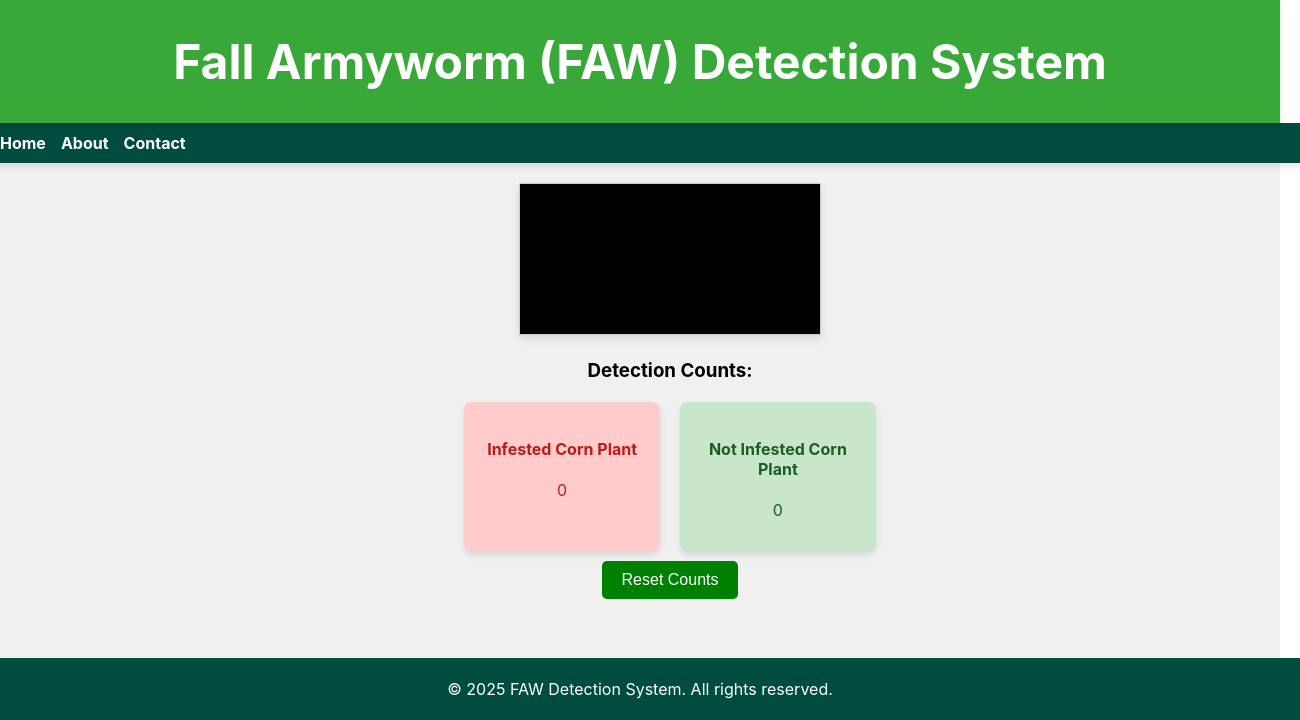
Repository: jansen223/faw-detection-main
Page: /
The author's editor kept a copy of each file at every save. The page is drawn from the files as they stood at one save, then again after the next save.
The browser window is 1280 px wide. The page is 1300 px wide, so the pictures cover 1300 px, including what lies to the right of the window. The pictures show the whole page.
The page's requests for data from a server got no answer. The project was rebuilt for these pictures with package versions that can differ from the ones it lists, and the page was loaded fresh each time. No one was signed in, and anything a server would have sent is missing.

Above is the page before, as saved 2025-04-10 00:31:33.

### public/index.html
<!DOCTYPE html>
<html lang="en">
<head>
  <meta charset="utf-8" />
  <link rel="icon" href="%PUBLIC_URL%/maize_icon.jpg" />
  <meta name="viewport" content="width=device-width, initial-scale=1" />
  <meta name="theme-color" content="#000000" />
  <meta name="description" content="FAW Detection Web Interface" />
  <title>FAW Detection</title>
</head>
<body>
  <noscript>You need to enable JavaScript to run this app.</noscript>
  <div id="root"></div>
</body>
</html>

### src/App.js
import React, { useEffect, useRef } from 'react';
import { BrowserRouter as Router, Routes, Route, Link } from 'react-router-dom';
import io from 'socket.io-client';
import './App.css';

function Home({ canvasRef, counts, resetCounts }) {
  return (
    <div className="App-content">
      <canvas ref={canvasRef} style={{ maxWidth: '100%', border: '1px solid #ccc' }} />
      <div style={{ marginTop: 20 }}>
        <h3>Detection Counts:</h3>
        <div className="detection-cards">
          <div className="card infested">
            <h4>Infested Corn Plant</h4>
            <p>{counts.infested}</p>
          </div>
          <div className="card not-infested">
            <h4>Not Infested Corn Plant</h4>
            <p>{counts.notInfested}</p>
          </div>
        </div>
        <button onClick={resetCounts} className="reset-button">
          Reset Counts
        </button>
      </div>
    </div>
  );
}

function About() {
  return (
    <div className="App-content" style={{ padding: '20px' }}>
      <h2>About</h2>
      <p>This web app is designed to detect Fall Armyworm infestations in corn plants using a live camera feed and machine learning.</p>
    </div>
  );
}

function Contact() {
  return (
    <div className="App-content" style={{ padding: '20px' }}>
      <h2>Contact</h2>
      <p>For inquiries, please contact us at <a href="mailto:support@fawdetection.com">support@fawdetection.com</a>.</p>
    </div>
  );
}

function App() {
  const canvasRef = useRef(null);
  const socketRef = useRef(null);
  const [counts, setCounts] = React.useState({ infested: 0, notInfested: 0 });

  useEffect(() => {
    // Connect to Flask server
    socketRef.current = io('http://192.168.0.17:5000');

    // Handle video frames
    socketRef.current.on('video_frame', (data) => {
      const img = new Image();
      img.src = `data:[embedded picture, 38 characters]

      img.onload = () => {
        const canvas = canvasRef.current;
        if (!canvas) return;
        const ctx = canvas.getContext('2d');
        canvas.width = img.width;
        canvas.height = img.height;
        ctx.drawImage(img, 0, 0);
      };
    });

    // Handle detection counts
    socketRef.current.on('detection_counts', (data) => {
      setCounts({
        infested: data.infested_count,
        notInfested: data.not_infested_count
      });
    });

    return () => {
      if (socketRef.current) socketRef.current.disconnect();
    };
  }, []);

  const resetCounts = async () => {
    try {
      const response = await fetch('http://192.168.0.17:5000/reset_counts', {
        method: 'POST',
      });
      const data = await response.json();
      if (data.message) {
        setCounts({ infested: 0, notInfested: 0 });
        alert(data.message);
      }
    } catch (error) {
      console.error('Error resetting counts:', error);
    }
  };

  return (
    <Router>
      <div className="App">
        <header className="App-header">
          <h1>Fall Armyworm (FAW) Detection System</h1>
        </header>
        <nav className="App-navbar">
          <ul>
            <li><Link to="/">Home</Link></li>
            <li><Link to="/about">About</Link></li>
            <li><Link to="/contact">Contact</Link></li>
          </ul>
        </nav>
        <Routes>
          <Route path="/" element={<Home canvasRef={canvasRef} counts={counts} resetCounts={resetCounts} />} />
          <Route path="/about" element={<About />} />
          <Route path="/contact" element={<Contact />} />
        </Routes>
        <footer className="App-footer">
          <p>&copy; 2025 FAW Detection System. All rights reserved.</p>
        </footer>
      </div>
    </Router>
  );
}

export default App;

### src/App.css
body {
  margin: 0;
  padding: 0;
}

.App {
  text-align: center;
  background-color: #f0f0f0;
  min-height: 100vh;
  display: flex;
  flex-direction: column;
  align-items: center;
}

canvas {
  box-shadow: 0 4px 8px rgba(0,0,0,0.1);
  background: black; /* Shows while loading */
  margin-top: 20px;
}

.stats {
  margin-top: 20px;
  padding: 15px;
  background: white;
  border-radius: 8px;
  box-shadow: 0 2px 4px rgba(0,0,0,0.1);
}

.App-logo {
  height: 40vmin;
  pointer-events: none;
}

@media (prefers-reduced-motion: no-preference) {
  .App-logo {
    animation: App-logo-spin infinite 20s linear;
  }
}

.App-header {
  background-color: rgba(9, 151, 9, 0.795);
  color: white;
  text-align: center;
  font-size: 1.5rem;
  font-weight: bold;
  box-shadow: 0 4px 6px rgba(0, 0, 0, 0.1);
  position: sticky;
  top: 0;
  z-index: 1000;
  width: 100%;
  margin: 0; /* Ensure no margin around the header */
  box-sizing: border-box; /* Include padding in width calculation */
}

.App-link {
  color: #61dafb;
}

@keyframes App-logo-spin {
  from {
    transform: rotate(0deg);
  }
  to {
    transform: rotate(360deg);
  }
}

.reset-button {
  margin-top: 10px;
  padding: 10px 20px;
  background-color: green;
  color: white;
  border: none;
  border-radius: 5px;
  cursor: pointer;
  font-size: 1rem;
  transition: background-color 0.3s ease;
}

.reset-button:hover {
  background-color: darkgreen;
}

.App-navbar {
  background-color: #004d40;
  color: white;
  padding: 10px 20px;
  position: sticky;
  display: flex;
  justify-content: space-between;
  align-items: center;
  box-shadow: 0 4px 6px rgba(0, 0, 0, 0.1);
  width: 100%;
}

.App-navbar ul {
  list-style: none;
  display: flex;
  gap: 15px;
  margin: 0;
  padding: 0;
}

.App-navbar a {
  color: white;
  text-decoration: none;
  font-weight: bold;
}

.App-navbar a:hover {
  text-decoration: underline;
}

.detection-cards {
  display: flex;
  gap: 20px;
  margin-top: 20px;
}

.card {
  padding: 15px;
  border-radius: 8px;
  box-shadow: 0 4px 6px rgba(0, 0, 0, 0.1);
  text-align: center;
  flex: 1;
  transition: transform 0.3s ease;
}

.card:hover {
  transform: scale(1.05);
}

.card.infested {
  background-color: #ffcccb;
  color: #b71c1c;
}

.card.not-infested {
  background-color: #c8e6c9;
  color: #1b5e20;
}

.App-footer {
  background-color: #004d40;
  color: white;
  padding: 5px 20px;
  text-align: center;
  position: fixed;
  bottom: 0;
  width: 100%;
}

.App-content {
  margin-left: 20px; /* Adjust this value as needed */
  padding-left: 40px; /* Optional: Add padding for better spacing */
}

Loaded but not shown: src/index.js (common file); src/index.css (common file); src/reportWebVitals.js (common file)

After the next save:
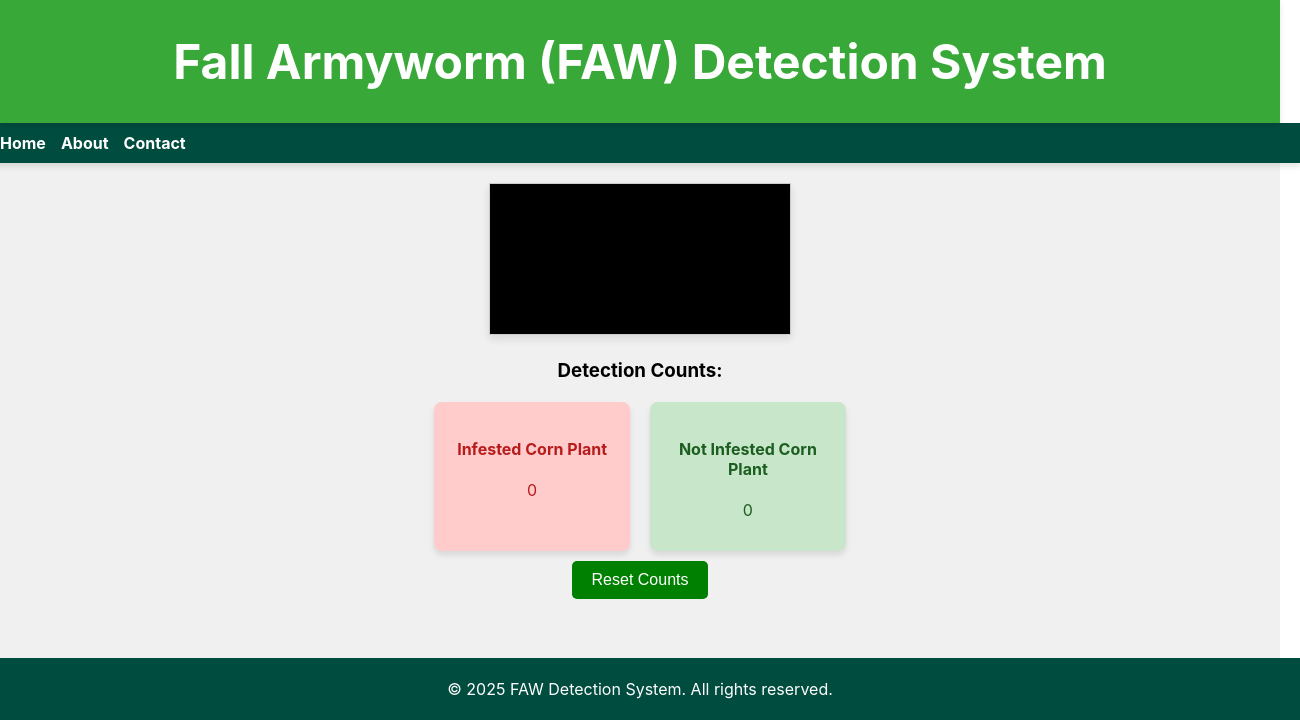
Saved 13 s later.
--- a/src/App.css
+++ b/src/App.css
@@ -149,8 +149,3 @@ canvas {
   bottom: 0;
   width: 100%;
 }
-
-.App-content {
-  margin-left: 20px; /* Adjust this value as needed */
-  padding-left: 40px; /* Optional: Add padding for better spacing */
-}
